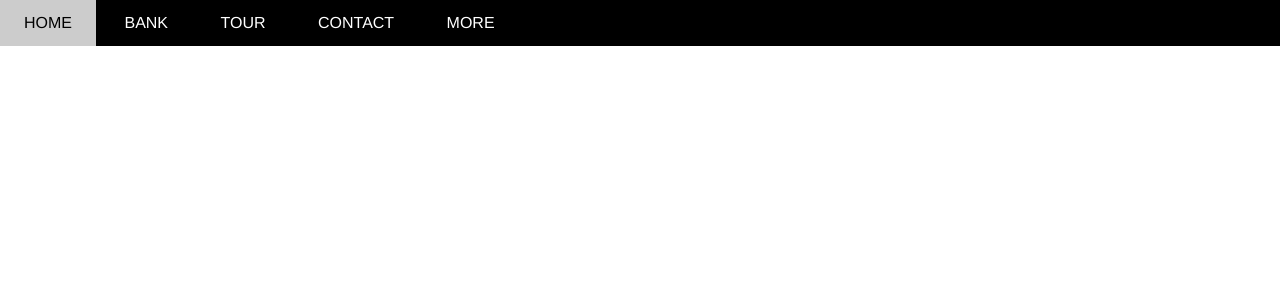
Repository: vuongtm1999/TheBand_W3School
Page: index.html
An editor plug-in stored every save of this project. The page is shown before and after the next save, followed by the edit.
The browser window is 1280 px wide. The pictures show the whole page.

Above is the page before, as saved 2022-08-24 13:37:22.

After the next save:
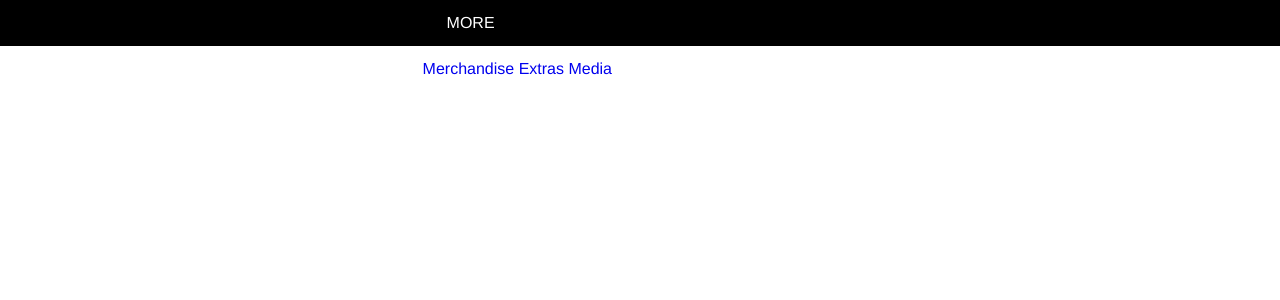
Saved 77 min 24 s later.
--- a/index.html
+++ b/index.html
@@ -16,7 +16,7 @@
                 <li><a href="#">Contact</a></li>
                 <li>
                     <a href="#">More</a>
-                    <ul class="subnav">
+                    <ul class="sunav">
                         <li><a href="#">Merchandise</a></li>
                         <li><a href="#">Extras</a></li>
                         <li><a href="#">Media</a></li>
